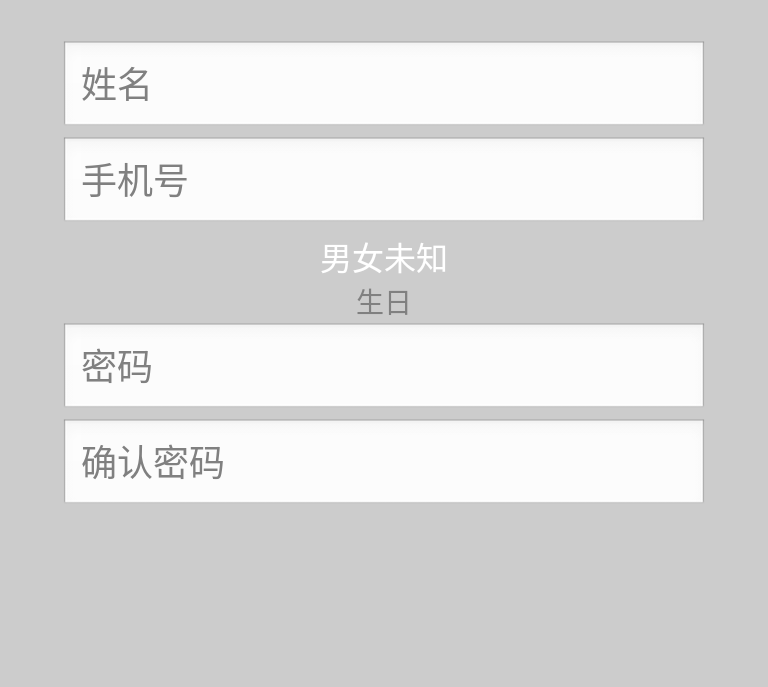
Repository: ligl/YuZhong
Layout: YuZhong/res/layout/process_user.xml
These files come from the project's save history. The layout is drawn as it stood at one moment and after the next save; the edit follows.
The pictures show rows 593 to 1280 of an output 1280 px tall.
It is drawn on a 768 x 1280 px phone screen (xhdpi) without system bars, with theme android:Theme.Black.NoTitleBar; the app's code is not run.

Above is the layout before, as saved 2012-08-02 15:39:47.

After the next save:
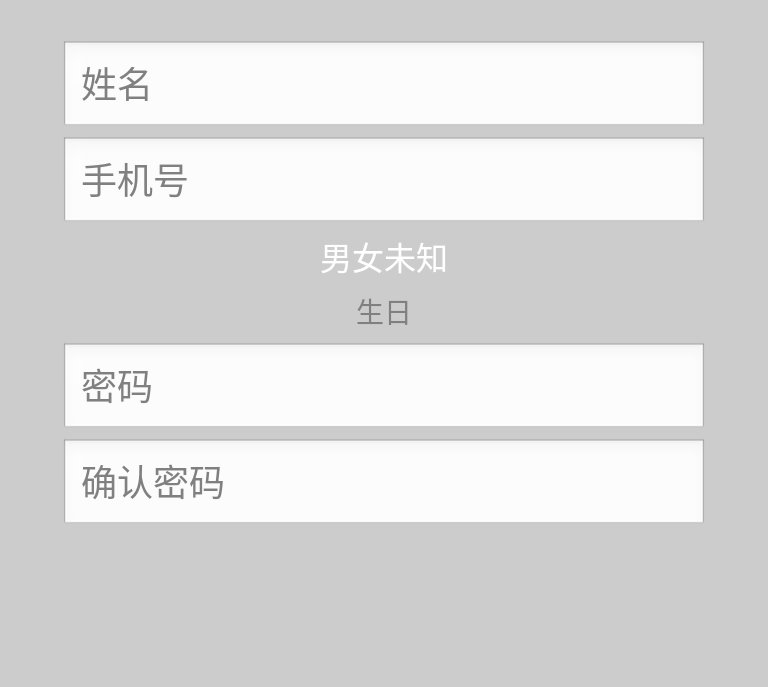
Saved 17 s later.
--- a/YuZhong/res/layout/process_user.xml
+++ b/YuZhong/res/layout/process_user.xml
@@ -118,7 +118,8 @@
                 android:layout_height="wrap_content"
                 android:clickable="true"
                 android:gravity="center"
-                android:hint="@string/process_user_hint_birthday" />
+                android:hint="@string/process_user_hint_birthday"
+                android:padding="5dp" />
 
             <EditText
                 android:id="@+id/et_process_user_password"
